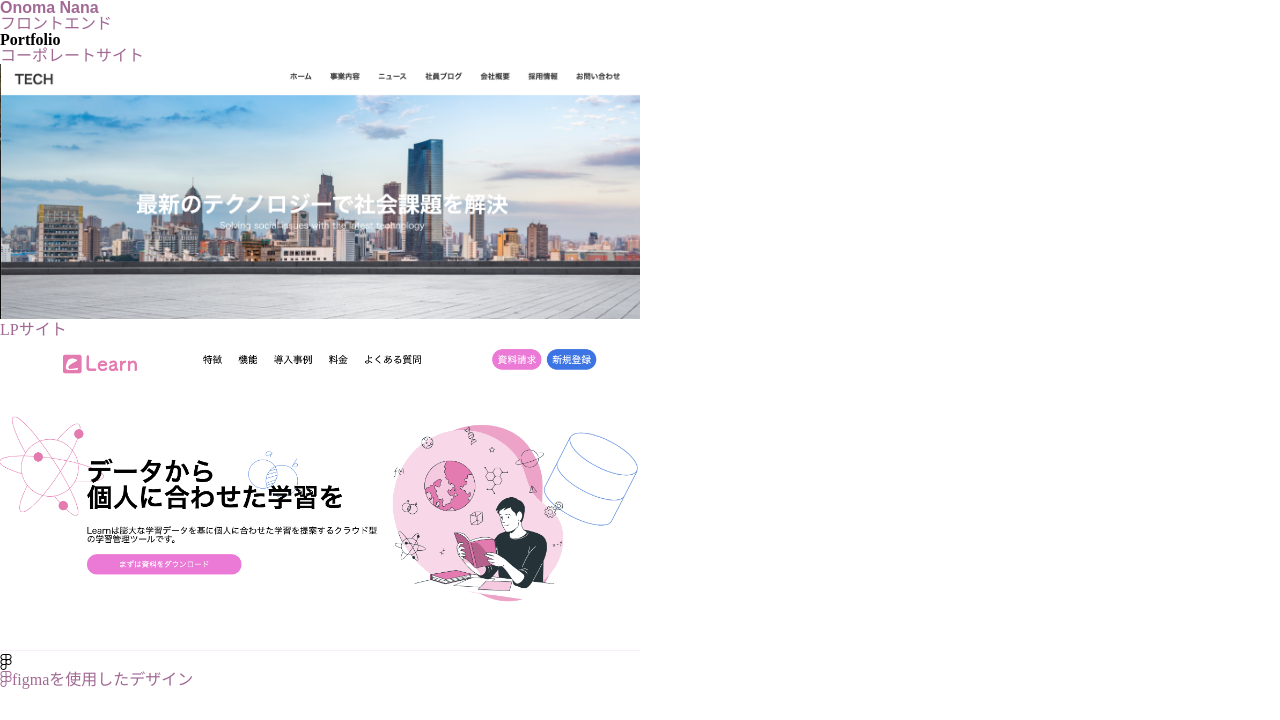
Repository: oninopantsu/onomann
Page: index.html
An editor plug-in stored every save of this project. The page is shown before and after the next save, followed by the edit.
The browser window is 1280 px wide. The pictures show the whole page.

Above is the page before, as saved 2021-08-17 06:00:08.

After the next save:
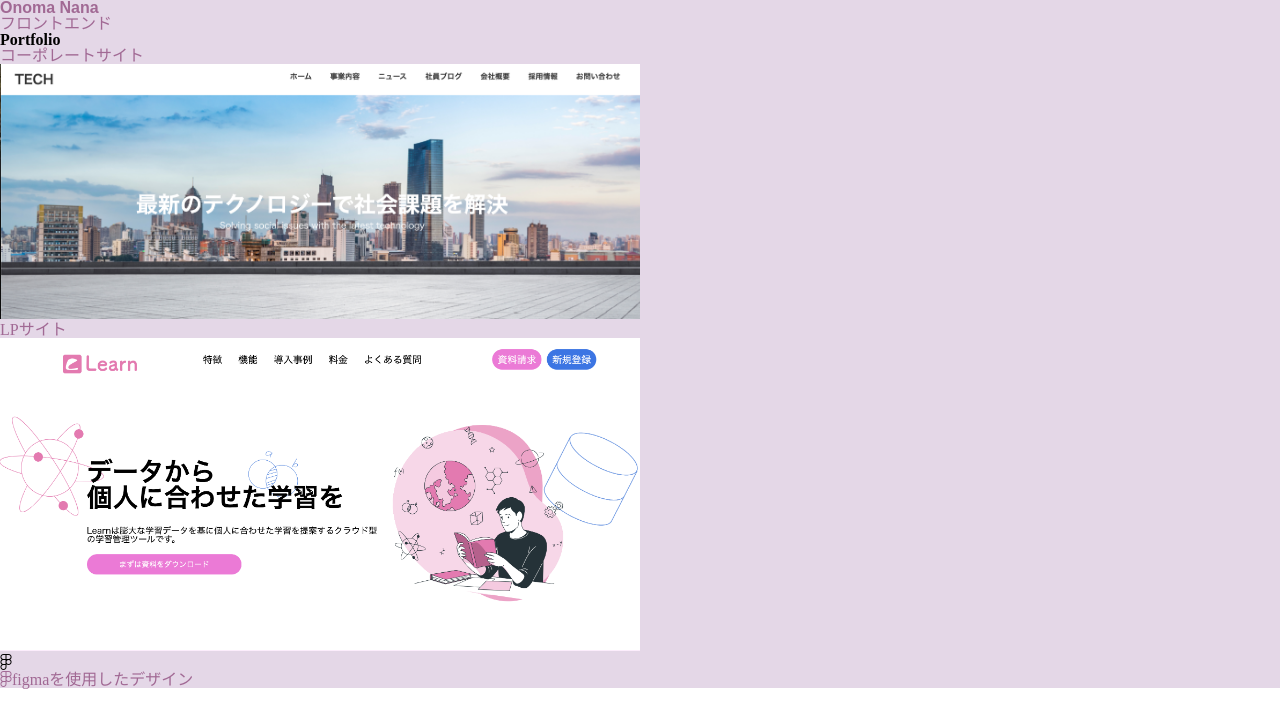
Saved 6 s later.
--- a/styles.css
+++ b/styles.css
@@ -3,7 +3,7 @@ body{
   width: 100%;
 }
 main{
-  background-color: ;
+  background-color: #e4d7e7;
 }
 
 
